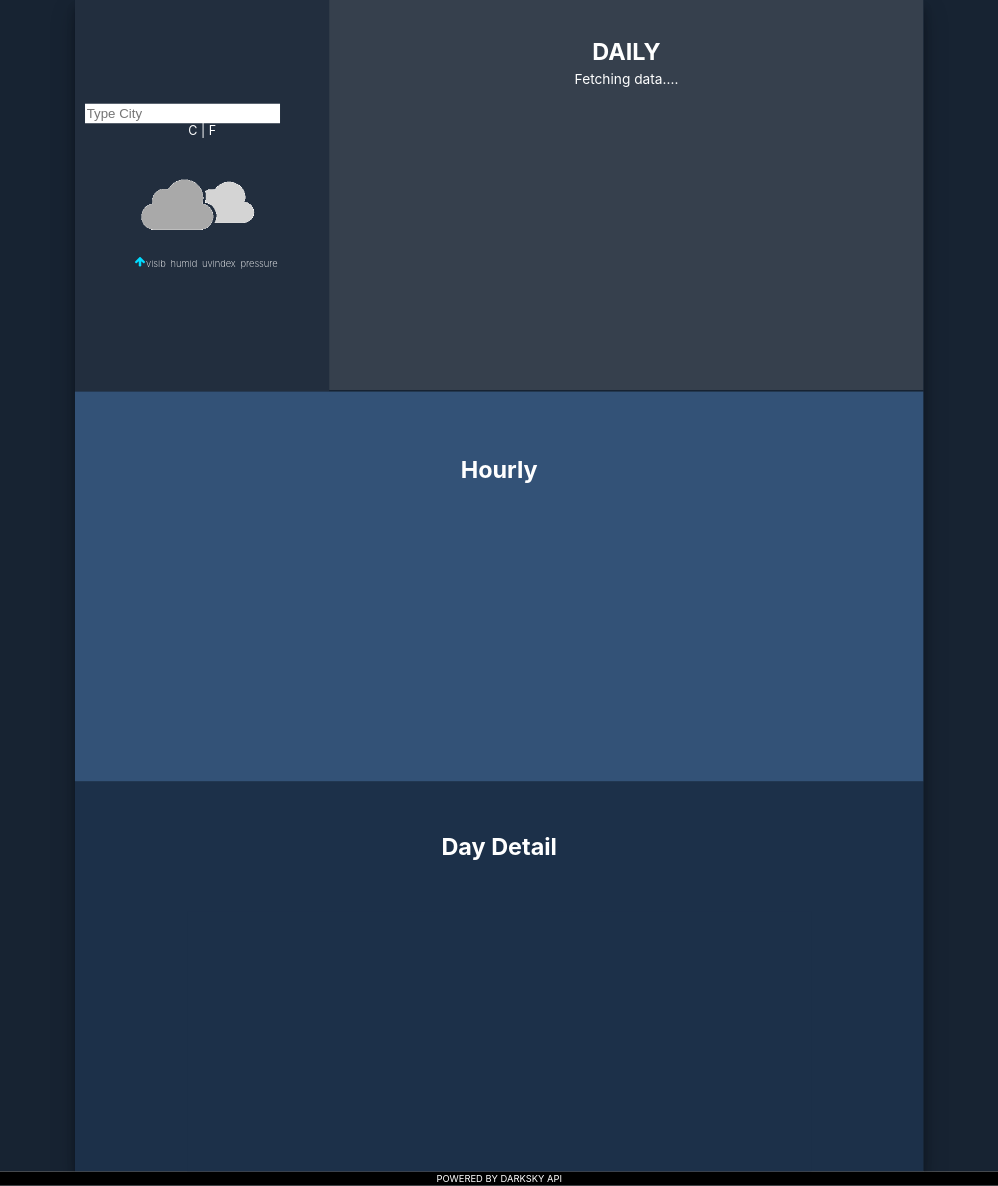
Repository: DOODpls/assignment3_weather
Page: index.html
These files come from the project's save history. The page is drawn as it stood at one moment and after the next save; the edit follows.
The browser window is 1280 px wide. The pictures show the whole page, at 78% of full size.
Some web fonts or font styles are not loaded; a fallback is used. Some web libraries are served in a nearby version.

Above is the page before, as saved 2020-01-07 19:22:31.

After the next save:
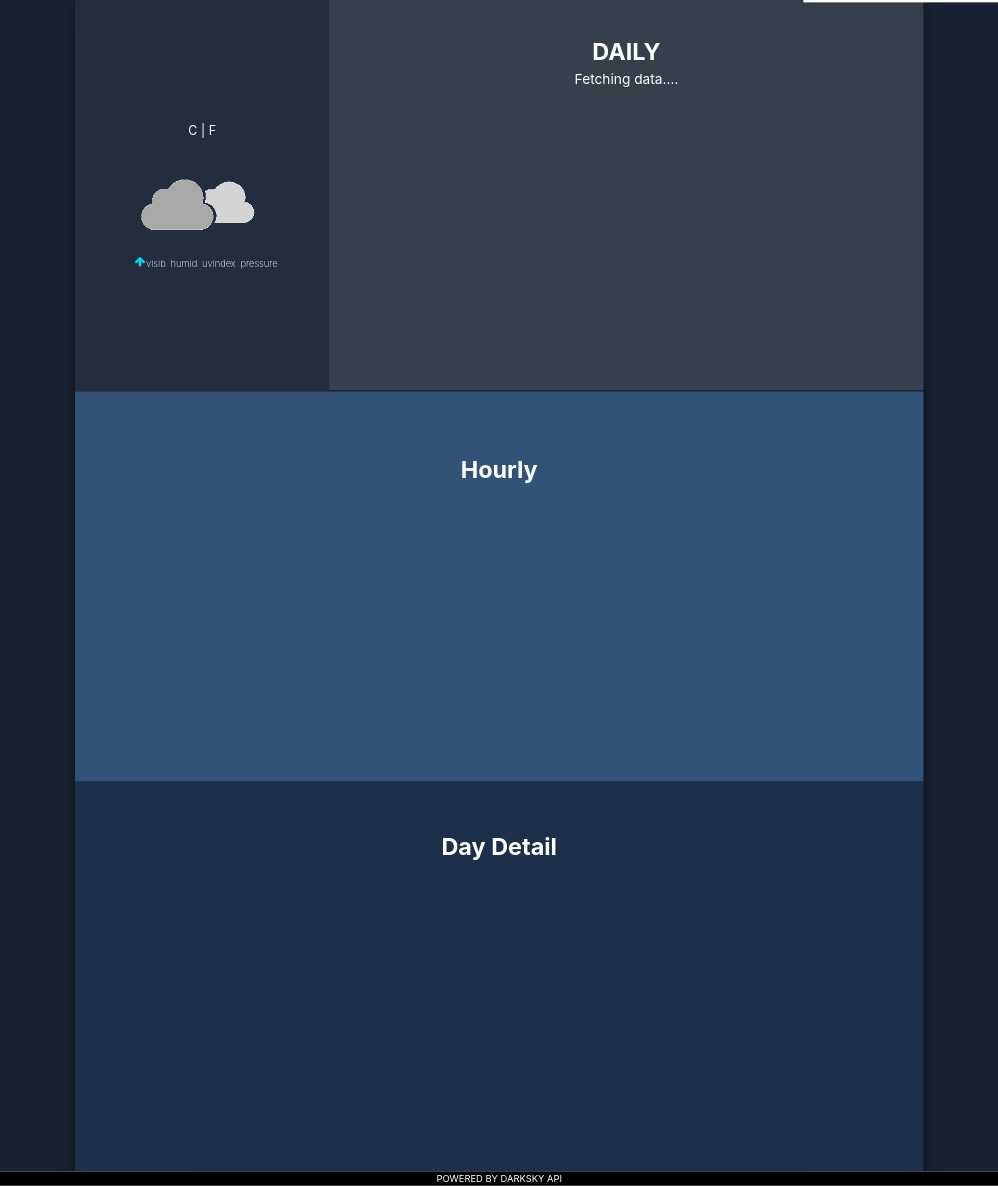
Saved 23 s later.
--- a/index.html
+++ b/index.html
@@ -26,10 +26,10 @@
         <div class="page">
             <div class="main-container">
                 <div class="today-container">
+                  <form action="" method="post" name="form_citydetails" id="form_citydetails" enctype="multipart/form-data" onsubmit="return false;">
+                    <input class="ff_elem city-text" type="text" name="ff_nm_from[]" value="" id="f_elem_city" placeholder="Type City" onkeydown="search(this)"/>
+                    </form>
                     <div class="today-stage">
-                      <form action="" method="post" name="form_citydetails" id="form_citydetails" enctype="multipart/form-data" onsubmit="return false;">
-                        <input class="ff_elem city-text" type="text" name="ff_nm_from[]" value="" id="f_elem_city" placeholder="Type City" onkeydown="search(this)"/>
-                        </form>
                       <div class="unitswitcher">
                         <div class="celcius" id='cell'>C</div>
                         <br>
